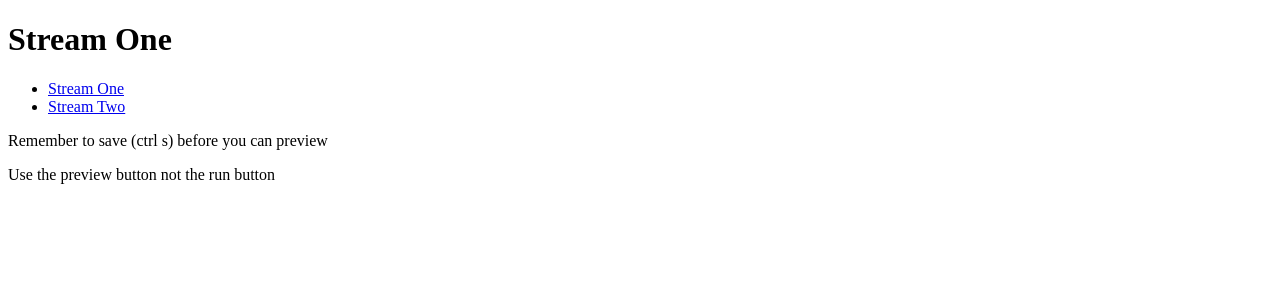
Repository: Matt-F90/my-first-website
Page: stream-one.html
The author's editor kept a record of every edit. The page is drawn from the files as they stood at one moment, then again after the next edit.
The browser window is 1280 px wide. The pictures show the whole page.

Above is the page before.

After the next edit:
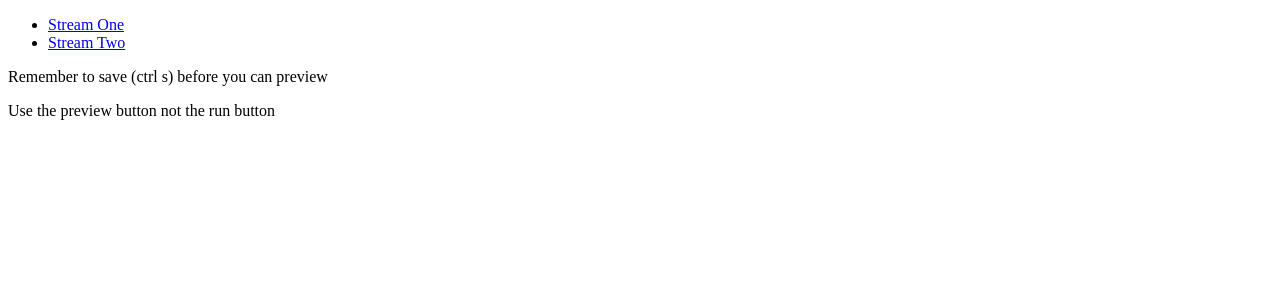
The edit:
--- a/stream-one.html
+++ b/stream-one.html
@@ -4,7 +4,6 @@
 <title>Stream One</title>
 </head>
 <body>
-<h1>Stream One</h1>
 <nav>
     <ul>
         <li><a href="stream-one.html">Stream One</a></li>
